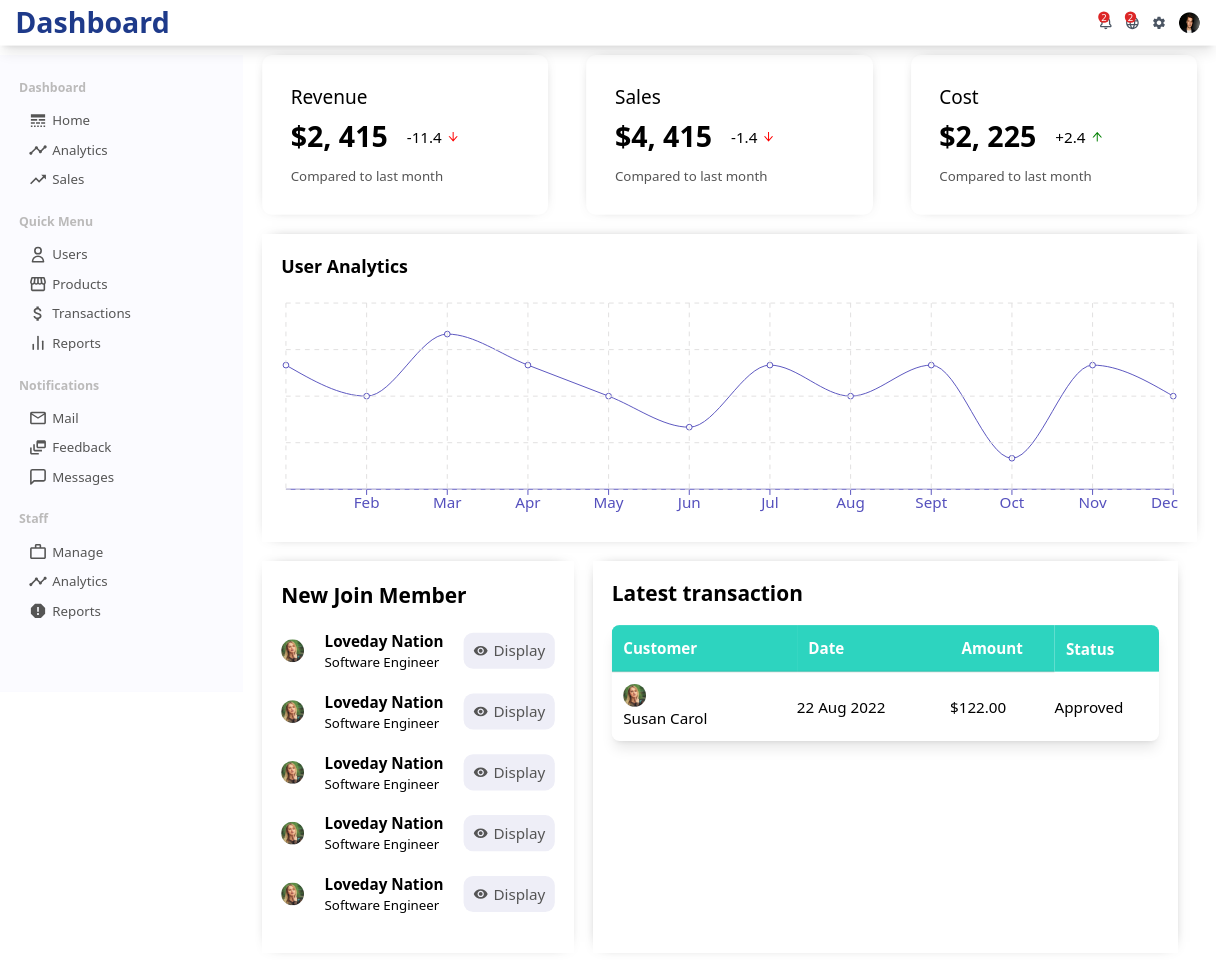
Repository: nation430/React-AdminDashboard
Page: /
The author's editor kept a copy of each file at every save. The page is drawn from the files as they stood at one save, then again after the next save.
The browser window is 1280 px wide. The pictures show the whole page, at 95% of full size.
The project was rebuilt for these pictures with package versions that can differ from the ones it lists, and the page was loaded fresh each time.

Above is the page before, as saved 2022-08-22 14:11:28.

After the next save:
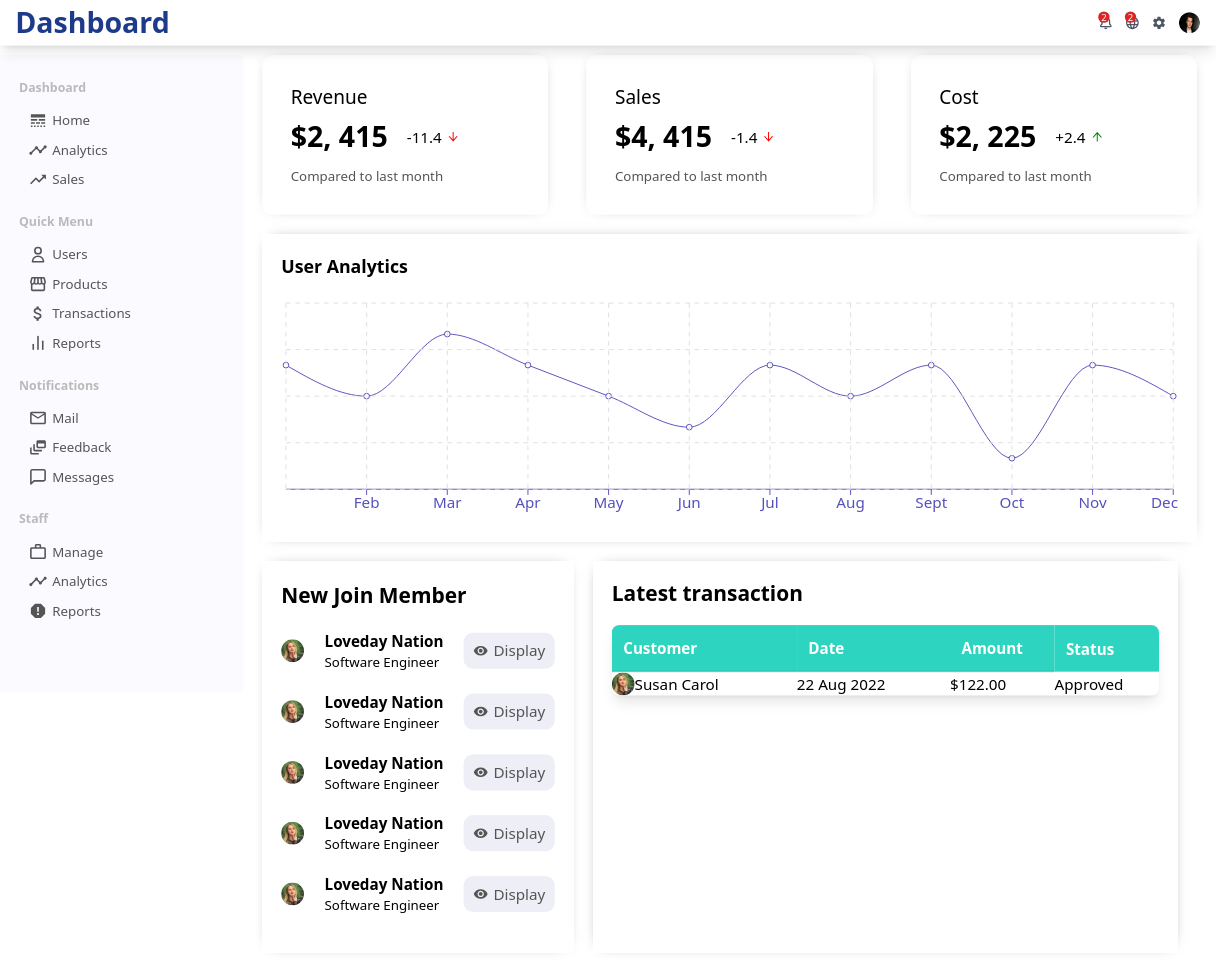
Saved 15 s later.
--- a/src/widgetLg/WidgetLg.jsx
+++ b/src/widgetLg/WidgetLg.jsx
@@ -43,7 +43,7 @@ export default function widgetLg(){
 			</thead>
 			<tbody class="flex-1 sm:flex-none">
 				<tr class="flex flex-col flex-no wrap sm:table-row mb-2 sm:mb-0">
-					<td class="widgetLgUser p-3">
+					<td class="widgetLgUser flex">
                         <img src="images/member1.jpg" alt="image" className="wiggetLgImg w-6 h-6 rounded-full object-cover" />
                         <span className="widgetLgName">Susan Carol</span>
                     </td>
